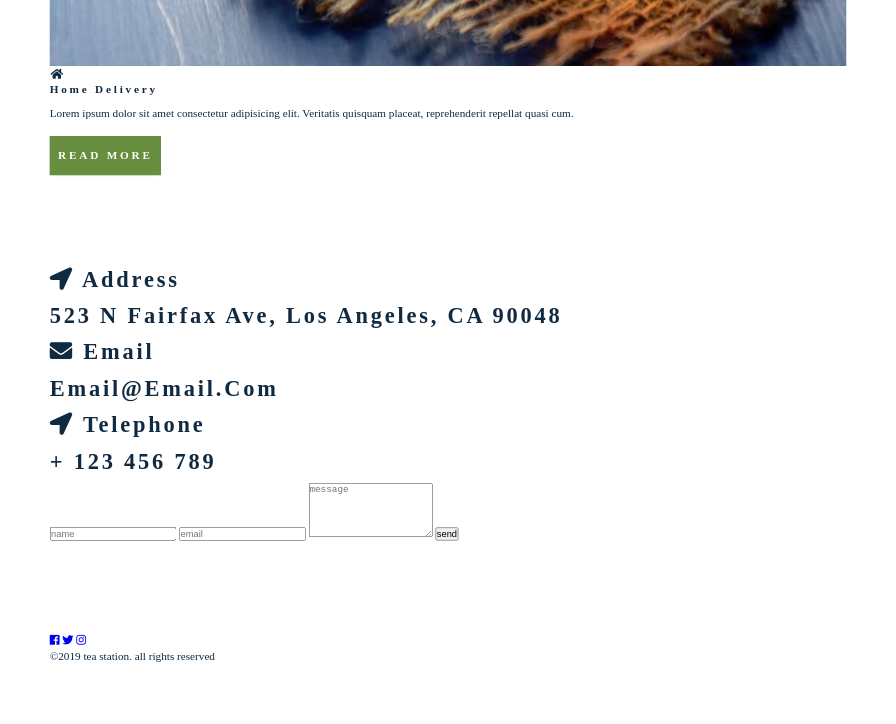
Repository: Ndifoinhilary/building_tea_site
Page: index.html
The author's editor kept a copy of each file at every save. The page is drawn from the files as they stood at one save, then again after the next save.
The browser window is 1280 px wide. The pictures show the part of the page from y = 4136 to 6056 px (the page is 5170 px tall before and 6180 px after), at 70% of full size.
Backgrounds fixed to the window are drawn as part of the page. Some web fonts or font styles are not loaded; a fallback is used.

Above is the page before, as saved 2024-01-06 13:40:13.

After the next save:
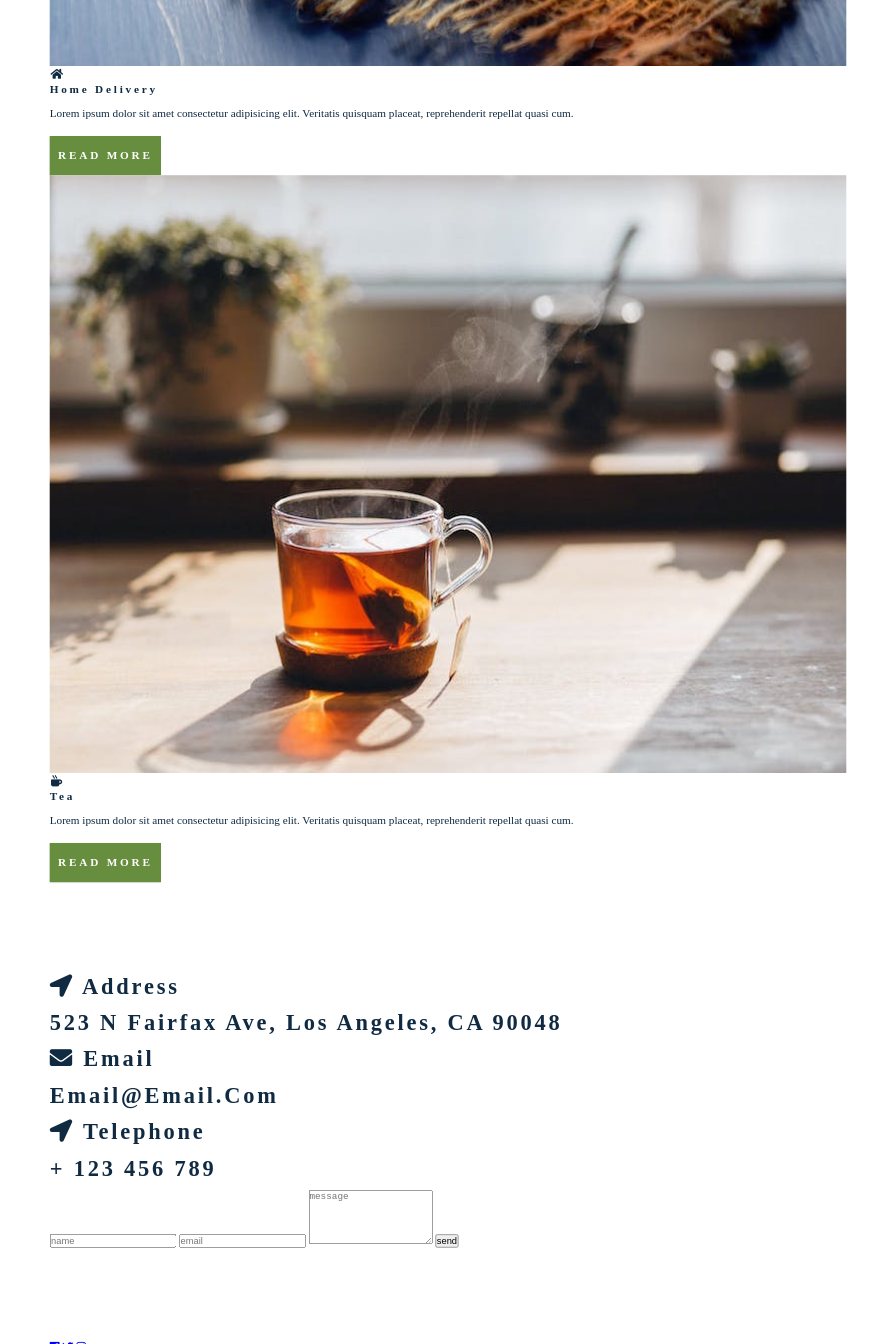
Saved 60 s later.
--- a/index.html
+++ b/index.html
@@ -223,6 +223,17 @@
         </div>
         <div class="service-info">
           <h4>Home delivery</h4>
+          <p>Lorem ipsum dolor sit amet consectetur adipisicing elit. Veritatis quisquam placeat, reprehenderit repellat quasi cum.</p>
+          <a href="products.html" class="btn service-btn">read more</a>
+        </div>
+      </article>
+      <article class="service-card">
+        <div class="service-img-container">
+          <img src="./images/product-1.jpeg" class="service-img" alt="signle service">
+          <span class="service-icon"><i class="fas fa-mug-hot fa-fw"></i></span>
+        </div>
+        <div class="service-info">
+          <h4>tea </h4>
           <p>Lorem ipsum dolor sit amet consectetur adipisicing elit. Veritatis quisquam placeat, reprehenderit repellat quasi cum.</p>
           <a href="products.html" class="btn service-btn">read more</a>
         </div>
